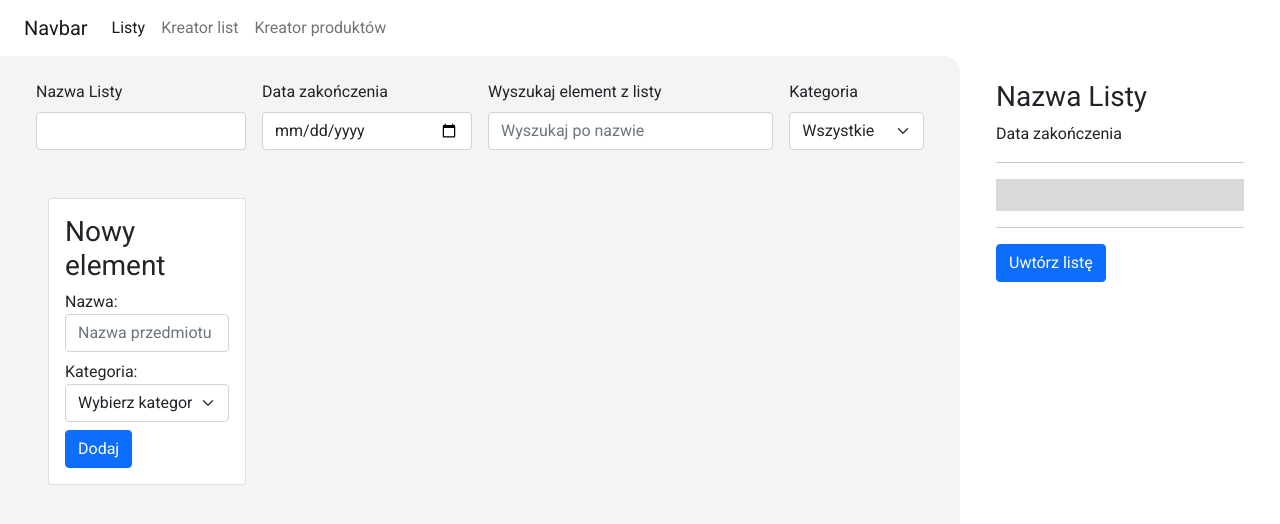
Repository: alphatra/Task-menager
Page: http://localhost/php/src/views/createList.php
These files come from the project's save history. The page is drawn as it stood at one moment and after the next save; the edit follows.
The browser window is 1280 px wide. The pictures show the whole page.
The page is run by PHP 8.4 with error messages shown; the project is at /var/www/html/. Queries for data that is not in the repository find no rows.

Above is the page before, as saved 2023-02-11 17:23:19.

After the next save:
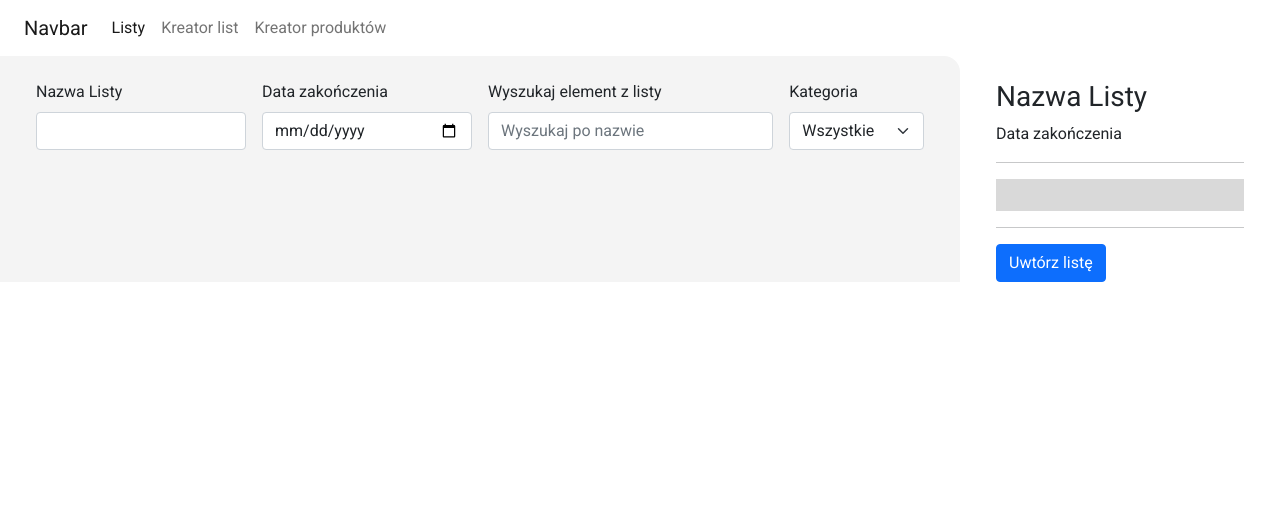
Console error: ReferenceError: content is not defined
Saved 73 s later.
--- a/php/src/views/createList.php
+++ b/php/src/views/createList.php
@@ -52,7 +52,6 @@
             success: function(data) {
                 console.log(data);
                 let content = $('#objects').empty()
-                content.append(private_item)
                 let dataItems = JSON.parse(JSON.stringify(data))
                 _dataItems = data
                 dataItems = dataItems.map((item) => {
@@ -123,6 +122,7 @@
     }
 
     loadData()
+    content.append(private_item)
     $(document).ready(function() {
             $.each(catergories, function(i, item) {
                 $('select').append($("<option>", {

After the 2 saves that followed:
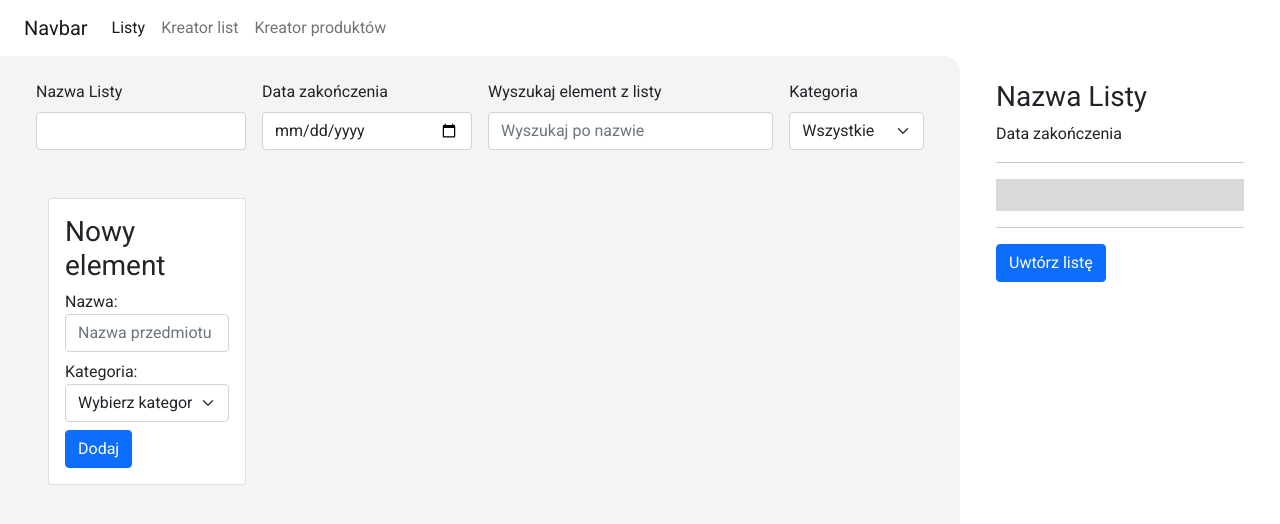
The error is gone.
The 2 saves are shown as one change because 1 left the picture as it was.
The last was saved 49 s later.
--- a/php/src/views/createList.php
+++ b/php/src/views/createList.php
@@ -52,6 +52,7 @@
             success: function(data) {
                 console.log(data);
                 let content = $('#objects').empty()
+                content.append(private_item)
                 let dataItems = JSON.parse(JSON.stringify(data))
                 _dataItems = data
                 dataItems = dataItems.map((item) => {
@@ -122,7 +123,6 @@
     }
 
     loadData()
-    content.append(private_item)
     $(document).ready(function() {
             $.each(catergories, function(i, item) {
                 $('select').append($("<option>", {
